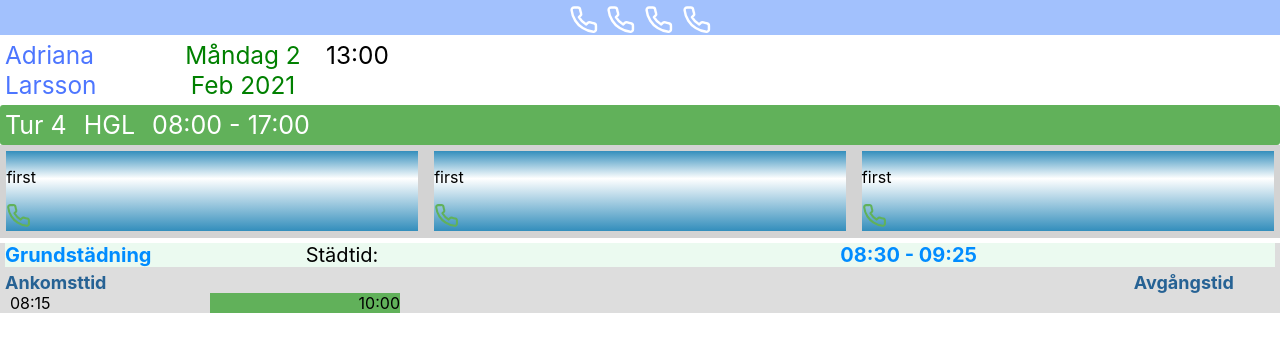
Repository: AdrianaLarsson/learning-react-adriana
Page: /
These files come from the project's save history. The page is drawn as it stood at one moment and after a run of saves; the edit follows.
The browser window is 1280 px wide. The pictures show the whole page.
The project was rebuilt for these pictures with package versions that can differ from the ones it lists, and the page was loaded fresh each time. Also part of the build but not shown: src/components/pixiLearn/pixi-learning.js, src/components/pixiLearn/reactTimline/timelinegant.js.

Above is the page before, as saved 2021-02-18 10:02:12.

After the next 3 saves:
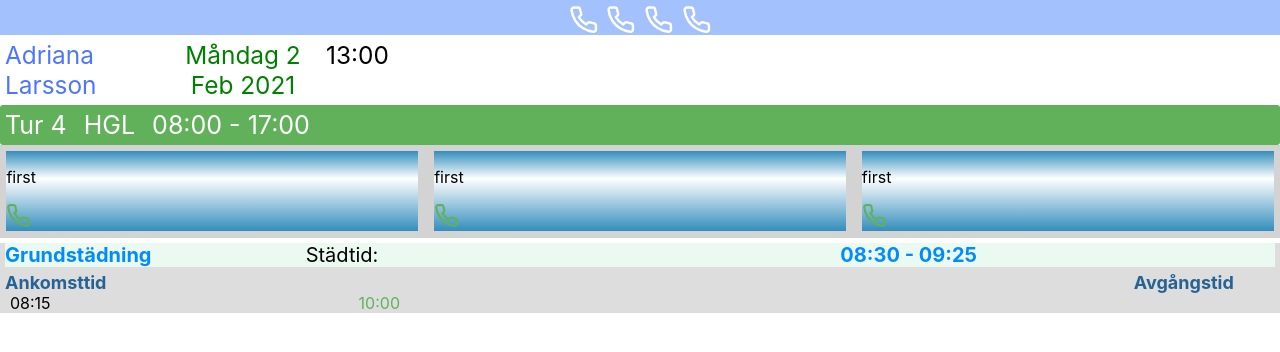
The 3 saves are shown as one change because they came seconds apart.
The last was saved 16 s later.
--- a/src/App.css
+++ b/src/App.css
@@ -129,7 +129,8 @@ color: #61b15a;
   display: inline-block;
   text-align: end;
   width: 190px;
-  background-color: #61b15a;
+ color: #61b15a;
+
 }
 
 /* .App {
